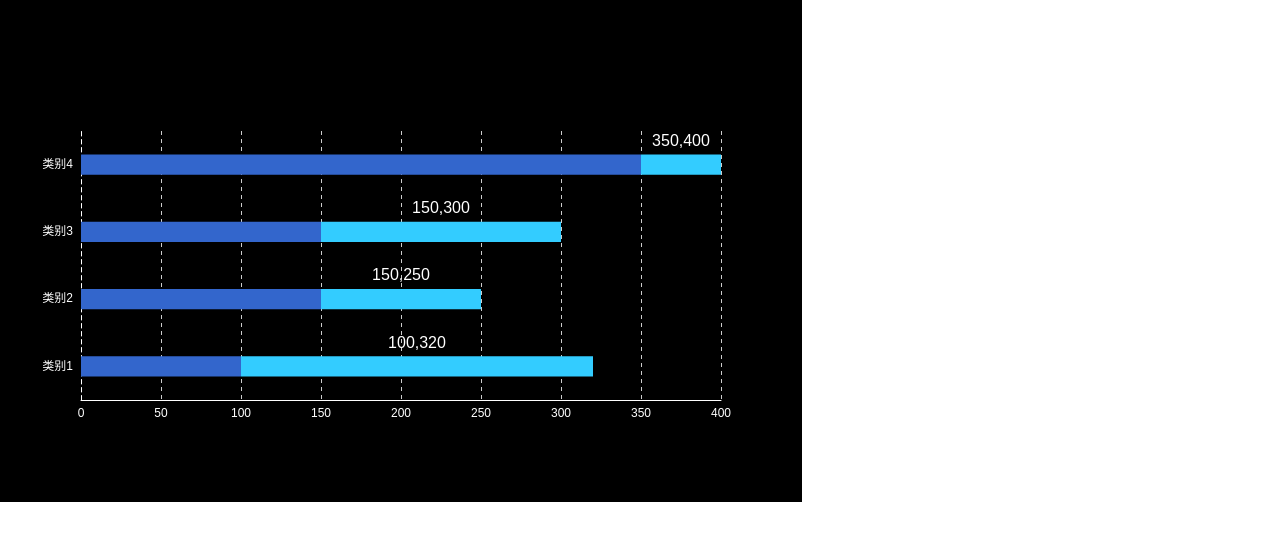
Repository: 572031690/echartproj
Page: /#/test
These files come from the project's save history. The page is drawn as it stood at one moment and after the next save; the edit follows.
The browser window is 1280 px wide. The pictures show the whole page.
The project was rebuilt for these pictures with package versions that can differ from the ones it lists, and the page was loaded fresh each time. Also part of the build but not shown: vue.config.js, src/components/Seller.vue, src/views/SellerPage.vue, src/utils/theme_utils.js, src/components/Trend.vue, src/views/TrendPage.vue, src/utils/map_utils.js, src/components/Map.vue and 9 more.

Above is the page before, as saved 2021-08-05 10:26:07.

### public/index.html
<!DOCTYPE html>
<html lang="en">
  <head>
    <meta charset="utf-8">
    <meta http-equiv="X-UA-Compatible" content="IE=edge">
    <meta name="viewport" content="width=device-width,initial-scale=1.0">
    <link rel="icon" href="<%= BASE_URL %>favicon.ico">
    <title><%= htmlWebpackPlugin.options.title %></title>
  </head>
  <body>
    <noscript>
      <strong>We're sorry but <%= htmlWebpackPlugin.options.title %> doesn't work properly without JavaScript enabled. Please enable it to continue.</strong>
    </noscript>
    <div id="app"></div>
    <!-- built files will be auto injected -->
    <!-- 一旦通过script标签引入的echarts.js的文件之后呢, window.echarts -->
    <script src="static/lib/echarts.min.js"></script>
    <!-- 引入主题的js文件 -->
    <script src="static/theme/chalk.js"></script>
    <script src="static/theme/vintage.js"></script>
  </body>
</html>

### src/main.js
import Vue from 'vue'
import App from './App.vue'
import router from './router'
import store from './store'
// 引入字体的文件
import './assets/font/iconfont.css'
// 引入全局的样式文件
import './assets/css/global.less'
import axios from 'axios'
import SocketService from './utils/socket_service'

// 调用socket **********
// import SocketService from '@/utils/socket_service'
// 对服务端进行webSocket连接 *********
// SocketService.Instance.connect()
// Vue.prototype.$socket = SocketService.Instance

// 请求基准路径的配置
axios.defaults.baseURL = 'http://127.0.0.1:8888/api/'
// 将axios挂载到Vue的原型对象上
// 在别的组件中 this.$http
Vue.prototype.$http = axios

// 将全局的echarts对象挂载到Vue的原型对象上
// 别的组件中 this.$echarts
Vue.prototype.$echarts = window.echarts

Vue.config.productionTip = false

new Vue({
  router,
  store,
  render: h => h(App)
}).$mount('#app')

### src/App.vue
<template>
  <div id="app">
    <!-- 路由占位符 -->
    <router-view></router-view>
  </div>
</template>

<style lang="less">

</style>

### src/router/index.js
import Vue from 'vue'
import VueRouter from 'vue-router'
import SellerPage from '@/views/SellerPage'
import TrendPage from '@/views/TrendPage'
import MapPage from '@/views/MapPage'
import RankPage from '@/views/RankPage'
import HotPage from '@/views/HotPage'
import StockPage from '@/views/StockPage'
import Test from '../components/Test.vue'
import ScreenPage from '@/views/ScreenPage'

Vue.use(VueRouter)

const routes = [
  {
    path: '/',
    redirect: '/screen'
  },
  {
    path: '/screen',
    component: ScreenPage
  },
  {
    path: '/sellerpage',
    component: SellerPage
  },
  {
    path: '/trendpage',
    component: TrendPage
  },
  {
    path: '/mappage',
    component: MapPage
  },
  {
    path: '/rankpage',
    component: RankPage
  },
  {
    path: '/hotpage',
    component: HotPage
  },
  {
    path: '/stockpage',
    component: StockPage
  },
  {
    path: '/test',
    component: Test
  }

]

const router = new VueRouter({
  routes
})

export default router

### src/store/index.js
import Vue from 'vue'
import Vuex from 'vuex'

Vue.use(Vuex)

export default new Vuex.Store({
  state: {
    theme: 'chalk'
  },
  mutations: {
    changeTheme (state) {
      if(state.theme === 'chalk'){
        state.theme = 'vintage'
      }else{
        state.theme = 'chalk'
      }
    }
  },
  actions: {
  },
  modules: {
  }
})

### src/assets/css/global.less
html, body, #app {
  width: 100%;
  height: 100%;
  padding: 0;
  margin: 0;
  overflow: hidden;
}

.com-page {
  width: 100%;
  height: 100%;
  overflow: hidden;
}

.com-container {
  width: 100%;
  height: 100%;
  overflow: hidden;
  position: relative;
}

.com-chart {
  width: 100%;
  height: 100%;
  overflow: hidden;
}

canvas {
  border-radius: 20px;
}

/*无法选中图片文字方法*/
span,div,img{
  user-select:none;
}

### src/utils/socket_service.js
export default class SocketService {
    // 单例的设计模式
    //如果别人通过get Instance 来的到我的实例对象 那我只会给他返回同一个实例对象
    static instance = null
    static get Instance() {
        if (!this.instance) {
            this.instance = new SocketService()
        }
        return this.instance
    }

    //和服务端连接的socket对象
    ws = null
    //存储回调函数
    callBackMapping = {}
    //定义连接服务器的方法
    connect() {
        //连接服务器
        if (!window.WebSocket) {
            return console.log('你的浏览器不支持WebSocket');
        }
        this.ws = new WebSocket('ws://localhost:9998')

        //连接服务端成功
        this.ws.onopen = () => {
            console.log('连接服务端成功');
        }
        //连接服务端失败
        this.ws.onclose = () => {
            console.log('连接服务端失败');
        }
        //得到服务端发送过来的数据
        this.ws.onmessage = msg => {
            console.log('从服务端获取数据');
            //得到的数据在msg的data里面
            // console.log(msg.data);
            const recvData = JSON.parse(msg.data)
            const socketType = recvData.socketType
            //判断回调函数是否存在
            if(this.callBackMapping[socketType]){
                const action = recvData.action
                if(action === 'getData') {
                    const realData = JSON.parse(recvData.data)
                    this.callBackMapping[socketType]
                }else if( action === 'fullScreen') {

                }else if(action === 'themeChange') {

                }
            }
        }
    }
    //回调函数的注册
    registerCallBack(socketType, callBack) {
        this.callBackMapping[socketType] = callBack
    }
    //取消某一个回调函数
    unRegisterCallBack(socketType) {
        this.callBackMapping[socketType] = null
    }

}

### src/components/Test.vue
<template>
  <div class="line-chart" ref="mybar">
    123
  </div>
</template>

<script>
export default {
  mounted() {
    this.getData();
    this.initChart();
  },
  data() {
    return {
      chartInstance: null,
      seriesData: [
        [100, 320],
        [150, 250],
        [150, 300],
        [350, 400]
      ],
      barChart: {
        xAxisData: ["类别1", "类别2", "类别3", "类别4"],
        dataList: []
      }
    };
  },
  methods: {
    initChart() {
      const chartInstance = this.$echarts.init(this.$refs.mybar);
      const option = {
        grid: [
          {
            top: 130,
            bottom: 101
          }
        ],
        yAxis: [
          {
            type: "category",
            data: this.barChart.xAxisData,
            // gridIndex: 0, // x 轴所在的 grid 的索引，默认位于第一个 grid。
            axisLabel: {
              color: "#fff" // 刻度标签文字的颜色
            },
            axisLine: {
              // 设置轴线
              lineStyle: {
                color: "#fff",
                type: "dashed"
              }
            },
            axisTick: {
              show: false // 是否显示坐标轴刻度。
            }
          }
        ],
        xAxis: [
          {
            interval: 50, // 强制设置坐标轴刻度间隔值
            // scale: true,
            type: "value",
            // gridIndex: 0,
            axisLabel: {
              // 刻度标签文字的颜色
              color: "#fff"
            },
            splitLine: {
              // x轴竖线
              lineStyle: {
                // color: "rgba(255, 255, 255, 45)"
                type: "dashed"
              }
            },
            axisLine: {
              // 设置轴线
              show: true,
              // 设置轴线
              lineStyle: {
                color: "#fff"
              }
            },
            axisTick: {
              show: false // 是否显示坐标轴刻度。
            }
          }
        ],
        series: [
          {
            stack: "类1",
            barWidth: "30%", // 宽度
            itemStyle: {
              color: "#3366cc"
            },
            data: this.barChart.dataList[0],
            type: "bar"
          },
          {
            label: {
              show: true,
              position: "top",
              textStyle: {
                color: "#fff",
                fontSize: 16
              },
              formatter: arg => {
                console.log(arg);
                return this.seriesData[arg.dataIndex];
              }
            },
            stack: "类1",
            xAxisIndex: 0,
            barWidth: "30%", // 宽度
            itemStyle: {
              color: "#33ccff"
            },
            data: this.barChart.dataList[1],
            type: "bar"
          }
        ]
      };
      chartInstance.setOption(option);
    },
    getData() {
      this.barChart.dataList[0] = this.seriesData.map(item => {
        return item[0];
      });
      this.barChart.dataList[1] = this.seriesData.map(item => {
        return item[1] - item[0];
      });
      console.log(this.barChart.dataList);
    }
  }
};
</script>

<style>
.line-chart {
  width: 800px;
  height: 500px;
  border: 1px solid black;
  background: #000;
}
</style>

### public/static/theme/vintage.js
(function (root, factory) {
    if (typeof define === 'function' && define.amd) {
        // AMD. Register as an anonymous module.
        define(['exports', 'echarts'], factory);
    } else if (typeof exports === 'object' && typeof exports.nodeName !== 'string') {
        // CommonJS
        factory(exports, require('echarts'));
    } else {
        // Browser globals
        factory({}, root.echarts);
    }
}(this, function (exports, echarts) {
    var log = function (msg) {
        if (typeof console !== 'undefined') {
            console && console.error && console.error(msg);
        }
    };
    if (!echarts) {
        log('ECharts is not Loaded');
        return;
    }
    echarts.registerTheme('vintage', {
        "color": [
            '#0ba82c',
            '#2c6eff',
            '#16f2d9',
            '#fe211e',
            '#fa6900',
            "#eedd78",
            "#73a373",
            "#73b9bc",
            "#7289ab",
            "#91ca8c",
            "#f49f42"
        ],
        "backgroundColor": "#ffffff",
        "textStyle": {},
        "title": {
            "textStyle": {
                "color": "#333333"
            },
            "subtextStyle": {
                "color": "#aaa"
            }
        },
        "line": {
            "itemStyle": {
                "normal": {
                    "borderWidth": "4"
                }
            },
            "lineStyle": {
                "normal": {
                    "width": "3"
                }
            },
            "symbolSize": "0",
            "symbol": "circle",
            "smooth": true
        },
        "radar": {
            "itemStyle": {
                "normal": {
                    "borderWidth": 1
                }
            },
            "lineStyle": {
                "normal": {
                    "width": 2
                }
            },
            "symbolSize": 4,
            "symbol": "emptyCircle",
            "smooth": false
        },
        "bar": {
            "itemStyle": {
                "normal": {
                    "barBorderWidth": 0,
                    "barBorderColor": "#ccc"
                },
                "emphasis": {
                    "barBorderWidth": 0,
                    "barBorderColor": "#ccc"
                }
            }
        },
        "pie": {
            "itemStyle": {
                "normal": {
                    "borderWidth": 0,
                    "borderColor": "#ccc"
                },
                "emphasis": {
                    "borderWidth": 0,
                    "borderColor": "#ccc"
                }
            }
        },
        "scatter": {
            "itemStyle": {
                "normal": {
                    "borderWidth": 0,
                    "borderColor": "#ccc"
                },
                "emphasis": {
                    "borderWidth": 0,
                    "borderColor": "#ccc"
                }
            }
        },
        "boxplot": {
            "itemStyle": {
                "normal": {
                    "borderWidth": 0,
                    "borderColor": "#ccc"
                },
                "emphasis": {
                    "borderWidth": 0,
                    "borderColor": "#ccc"
                }
            }
        },
        "parallel": {
            "itemStyle": {
                "normal": {
                    "borderWidth": 0,
                    "borderColor": "#ccc"
                },
                "emphasis": {
                    "borderWidth": 0,
                    "borderColor": "#ccc"
                }
            }
        },
        "sankey": {
            "itemStyle": {
                "normal": {
                    "borderWidth": 0,
                    "borderColor": "#ccc"
                },
                "emphasis": {
                    "borderWidth": 0,
                    "borderColor": "#ccc"
                }
            }
        },
        "funnel": {
            "itemStyle": {
                "normal": {
                    "borderWidth": 0,
                    "borderColor": "#ccc"
                },
                "emphasis": {
                    "borderWidth": 0,
                    "borderColor": "#ccc"
                }
            }
        },
        "gauge": {
            "itemStyle": {
                "normal": {
                    "borderWidth": 0,
                    "borderColor": "#ccc"
                },
                "emphasis": {
                    "borderWidth": 0,
                    "borderColor": "#ccc"
                }
            }
        },
        "candlestick": {
            "itemStyle": {
                "normal": {
                    "color": "#c23531",
                    "color0": "#314656",
                    "borderColor": "#c23531",
                    "borderColor0": "#314656",
                    "borderWidth": 1
                }
            }
        },
        "graph": {
            "itemStyle": {
                "normal": {
                    "borderWidth": 0,
                    "borderColor": "#ccc"
                }
            },
            "lineStyle": {
                "normal": {
                    "width": 1,
                    "color": "#aaa"
                }
            },
            "symbolSize": 4,
            "symbol": "emptyCircle",
            "smooth": false,
            "color": [
                "#d87c7c",
                "#919e8b",
                "#d7ab82",
                "#6e7074",
                "#61a0a8",
                "#efa18d",
                "#787464",
                "#cc7e63",
                "#724e58",
                "#4b565b"
            ],
            "label": {
                "normal": {
                    "textStyle": {
                        "color": "#eee"
                    }
                }
            }
        },
        "map": {
            "itemStyle": {
                "normal": {
                    "areaColor": "#eeeeee",
                    "borderColor": "#444444",
                    "borderWidth": 0.5
                },
                "emphasis": {
                    "areaColor": "rgba(255,215,0,0.8)",
                    "borderColor": "#444444",
                    "borderWidth": 1
                }
            },
            "label": {
                "normal": {
                    "textStyle": {
                        "color": "#000000"
                    }
                },
                "emphasis": {
                    "textStyle": {
                        "color": "rgb(100,0,0)"
                    }
                }
            }
        },
        "geo": {
            "itemStyle": {
                "normal": {
                    "areaColor": "#eeeeee",
                    "borderColor": "#444444",
                    "borderWidth": 0.5
                },
                "emphasis": {
                    "areaColor": "rgba(255,215,0,0.8)",
                    "borderColor": "#444444",
                    "borderWidth": 1
                }
            },
            "label": {
                "normal": {
                    "textStyle": {
                        "color": "#000000"
                    }
                },
                "emphasis": {
                    "textStyle": {
                        "color": "rgb(100,0,0)"
                    }
                }
            }
        },
        "categoryAxis": {
            "axisLine": {
                "show": true,
                "lineStyle": {
                    "color": "#333"
                }
            },
            "axisTick": {
                "show": true,
                "lineStyle": {
                    "color": "#333"
                }
            },
            "axisLabel": {
                "show": true,
                "textStyle": {
                    "color": "#999"
                }
            },
            "splitLine": {
                "show": false,
                "lineStyle": {
                    "color": [
                        "#ccc"
                    ]
                }
            },
            "splitArea": {
                "show": false,
                "areaStyle": {
                    "color": [
                        "rgba(250,250,250,0.3)",
                        "rgba(200,200,200,0.3)"
                    ]
                }
            }
        },
        "valueAxis": {
            "axisLine": {
                "show": true,
                "lineStyle": {
                    "color": "#666666"
                }
            },
            "axisTick": {
                "show": false,
                "lineStyle": {
                    "color": "#333"
                }
            },
            "axisLabel": {
                "show": true,
                "textStyle": {
                    "color": "#aaaaaa"
                }
            },
            "splitLine": {
                "show": false,
                "lineStyle": {
                    "color": [
                        "#e6e6e6"
                    ]
                }
            },
            "splitArea": {
                "show": false,
                "areaStyle": {
                    "color": [
                        "rgba(250,250,250,0.05)",
                        "rgba(200,200,200,0.02)"
                    ]
                }
            }
        },
        "logAxis": {
            "axisLine": {
                "show": true,
                "lineStyle": {
                    "color": "#333"
                }
            },
            "axisTick": {
                "show": true,
                "lineStyle": {
                    "color": "#333"
                }
            },
            "axisLabel": {
                "show": true,
                "textStyle": {
                    "color": "#333"
                }
            },
            "splitLine": {
                "show": true,
                "lineStyle": {
                    "color": [
                        "#ccc"
                    ]
                }
            },
            "splitArea": {
                "show": false,
                "areaStyle": {
                    "color": [
                        "rgba(250,250,250,0.3)",
                        "rgba(200,200,200,0.3)"
                    ]
                }
            }
        },
        "timeAxis": {
            "axisLine": {
                "show": true,
                "lineStyle": {
                    "color": "#333"
                }
            },
            "axisTick": {
                "show": true,
                "lineStyle": {
                    "color": "#333"
                }
            },
            "axisLabel": {
                "show": true,
                "textStyle": {
                    "color": "#333"
                }
            },
            "splitLine": {
                "show": true,
                "lineStyle": {
                    "color": [
                        "#ccc"
                    ]
                }
            },
            "splitArea": {
                "show": false,
                "areaStyle": {
                    "color": [
                        "rgba(250,250,250,0.3)",
                        "rgba(200,200,200,0.3)"
                    ]
                }
            }
        },
        "toolbox": {
            "iconStyle": {
                "normal": {
                    "borderColor": "#999999"
                },
                "emphasis": {
                    "borderColor": "#666666"
                }
            }
        },
        "legend": {
            "textStyle": {
                "color": "#333333"
            }
        },
        "tooltip": {
            "axisPointer": {
                "lineStyle": {
                    "color": "#cccccc",
                    "width": 1
                },
                "crossStyle": {
                    "color": "#cccccc",
                    "width": 1
                }
            }
        },
        "timeline": {
            "lineStyle": {
                "color": "#293c55",
                "width": 1
            },
            "itemStyle": {
                "normal": {
                    "color": "#293c55",
                    "borderWidth": 1
                },
                "emphasis": {
                    "color": "#a9334c"
                }
            },
            "controlStyle": {
                "normal": {
                    "color": "#293c55",
                    "borderColor": "#293c55",
                    "borderWidth": 0.5
                },
                "emphasis": {
                    "color": "#293c55",
                    "borderColor": "#293c55",
                    "borderWidth": 0.5
                }
            },
            "checkpointStyle": {
                "color": "#e43c59",
                "borderColor": "rgba(194,53,49,0.5)"
            },
            "label": {
                "normal": {
                    "textStyle": {
                        "color": "#293c55"
                    }
                },
                "emphasis": {
                    "textStyle": {
                        "color": "#293c55"
                    }
                }
            }
        },
        "visualMap": {
            "color": [
                "#bf444c",
                "#d88273",
                "#f6efa6"
            ]
        },
        "dataZoom": {
            "backgroundColor": "rgba(47,69,84,0)",
            "dataBackgroundColor": "rgba(47,69,84,0.3)",
            "fillerColor": "rgba(167,183,204,0.4)",
            "handleColor": "#a7b7cc",
            "handleSize": "100%",
            "textStyle": {
                "color": "#333333"
            }
        },
        "markPoint": {
            "label": {
                "normal": {
                    "textStyle": {
                        "color": "#eee"
                    }
                },
                "emphasis": {
                    "textStyle": {
                        "color": "#eee"
                    }
                }
            }
        }
    });
}));

Loaded but not shown: src/assets/font/iconfont.css (common file); public/static/lib/echarts.min.js (library); public/static/theme/chalk.js (521 lines, source omitted)

After the next save:
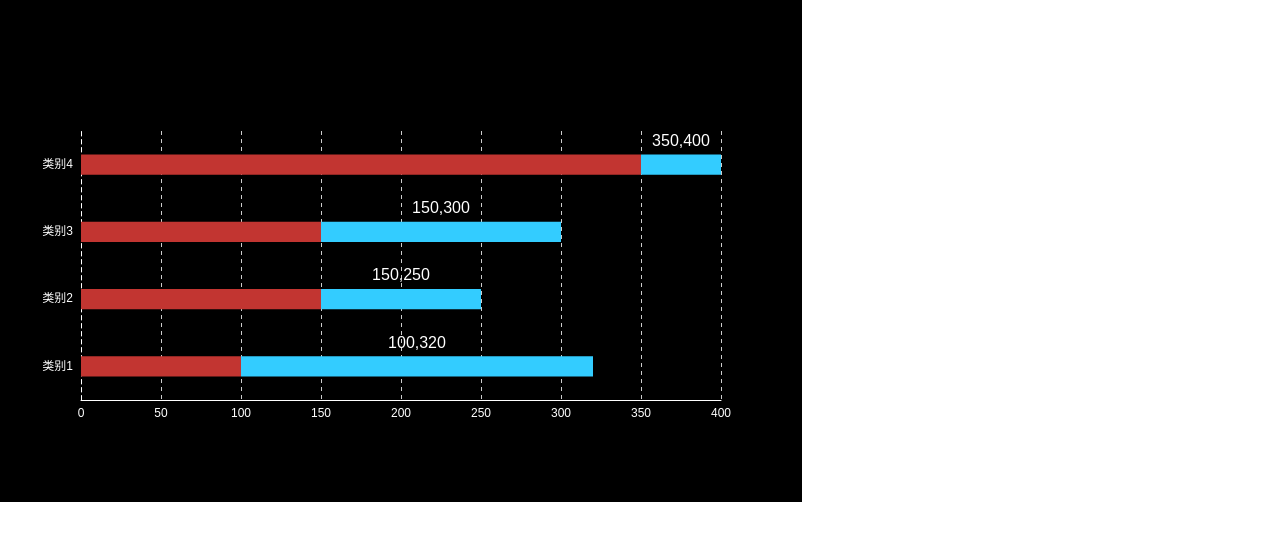
Saved 49 s later.
--- a/src/components/Test.vue
+++ b/src/components/Test.vue
@@ -90,7 +90,7 @@ export default {
             stack: "类1",
             barWidth: "30%", // 宽度
             itemStyle: {
-              color: "#3366cc"
+              // color: "#3366cc"
             },
             data: this.barChart.dataList[0],
             type: "bar"
